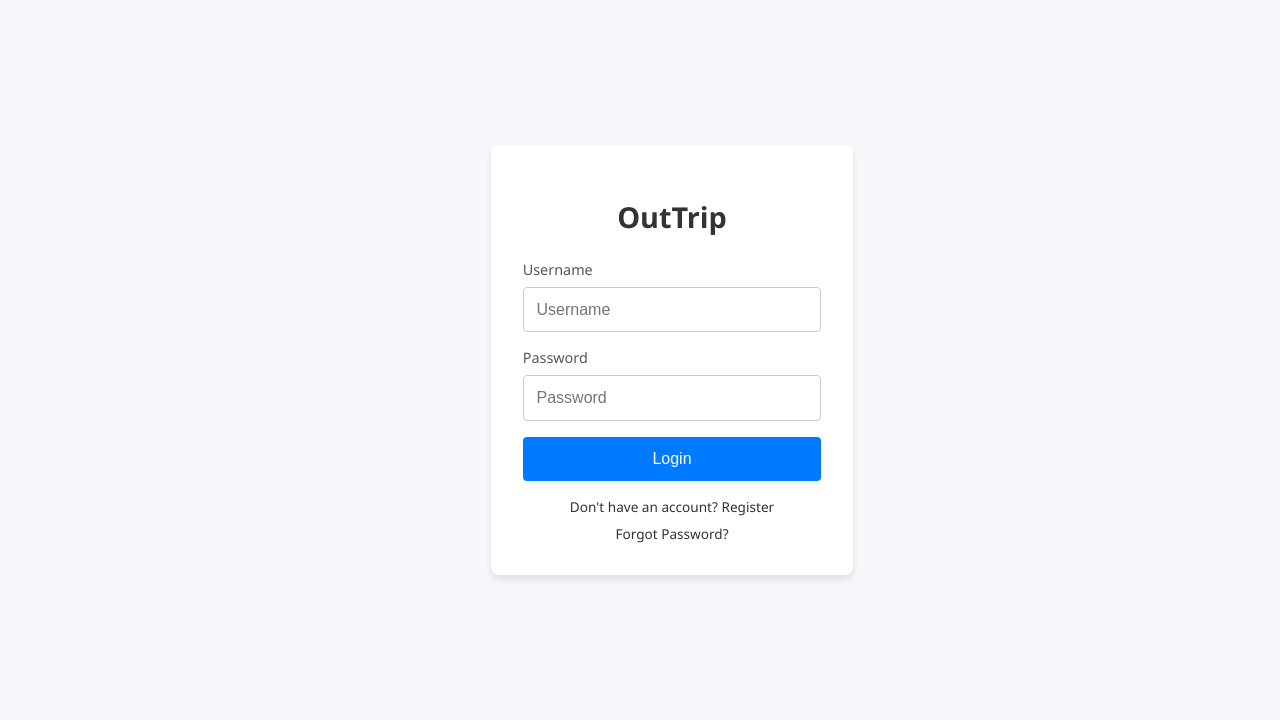
Repository: Nuttawut-Amattong/outtrip
Page: / (app in OutTrip/)
The author's editor kept a copy of each file at every save. The page is drawn from the files as they stood at one save, then again after a run of saves.
The browser window is 1280 px wide. The pictures show the whole page.
The project was rebuilt for these pictures with package versions that can differ from the ones it lists, and the page was loaded fresh each time. Also part of the build but not shown: OutTrip/vite.config.js, OutTrip/src/pages/Register.jsx, OutTrip/src/pages/Forgetpass.jsx.

Above is the page before, as saved 2025-05-19 00:46:22.

After the next 6 saves:
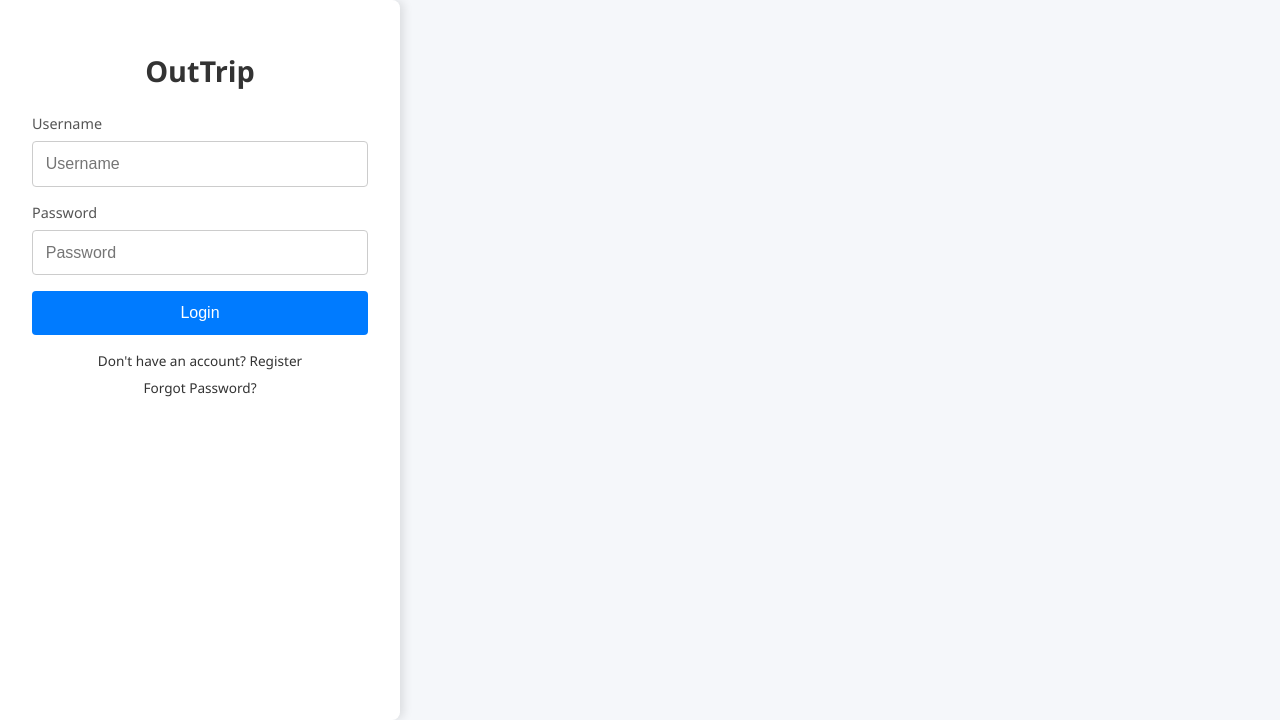
The 6 saves are shown as one change because they came seconds apart.
The last was saved 22 s later.
--- a/OutTrip/src/CSS/login.css
+++ b/OutTrip/src/CSS/login.css
@@ -3,18 +3,21 @@ body {
     margin: 0;
     padding: 0;
     background-color: #f4f4f9;
-
-    /* ลบการจัดให้อยู่กลางทั้งหมด */
     display: block;
 }
 
 .login-container {
     background-color: #ffffff;
     padding: 2rem;
-    border-radius: 8px;
-    box-shadow: 0 4px 6px rgba(0, 0, 0, 0.1);
+    border-radius: 0 8px 8px 0;
+    box-shadow: 4px 0 10px rgba(0, 0, 0, 0.1);
     width: 100%;
     max-width: 400px;
+    height: 100vh;
+    box-sizing: border-box;
+    position: fixed;
+    left: 0;
+    top: 0;
 }
 
 .login-container h1 {
